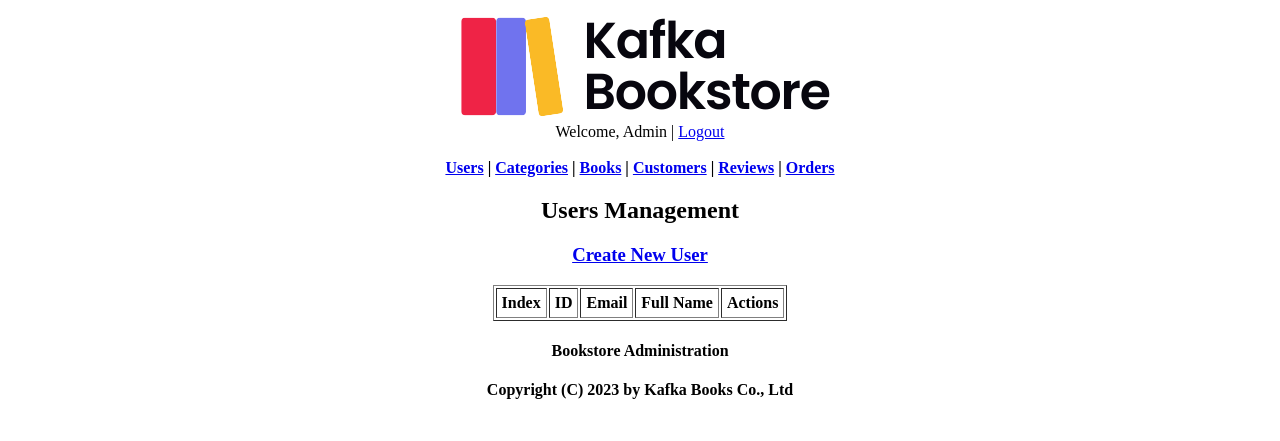
Repository: janvi2502/BookStore
Page: http://localhost/BookStoreWebsite/admin/user_list.jsp
The author's editor kept a copy of each file at every save. The page is drawn from the files as they stood at one save, then again after the next save.
The browser window is 1280 px wide. The pictures show the whole page.
The page is served by Tomcat 10.

Above is the page before, as saved 2023-10-26 10:26:21.

After the next save:
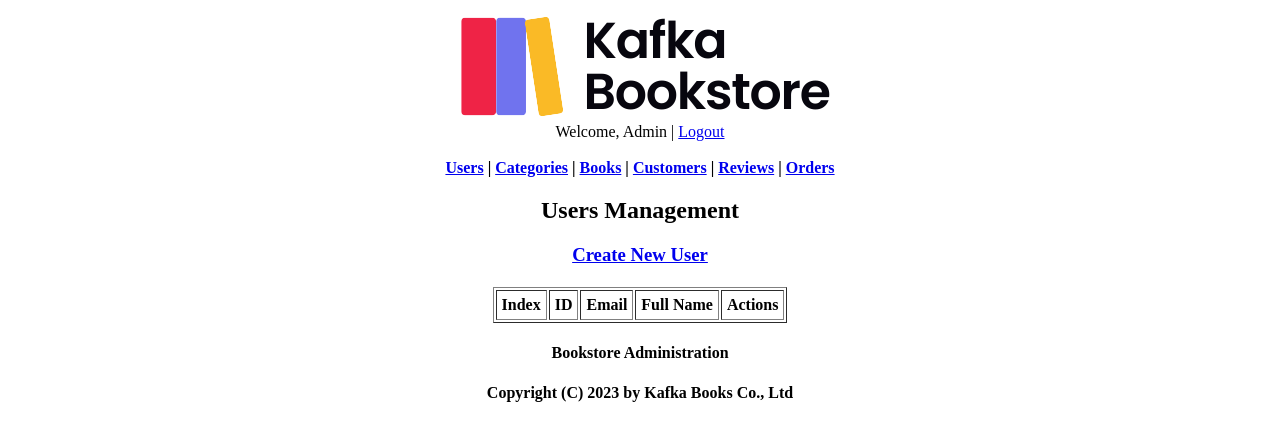
Saved 40 min 22 s later.
--- a/BookStoreWebsite/WebContent/admin/user_list.jsp
+++ b/BookStoreWebsite/WebContent/admin/user_list.jsp
@@ -14,6 +14,10 @@
 		<h3>
 			<a href="user_form.jsp">Create New User</a>
 		</h3>
+	</div>
+
+	<div>
+		<h4>${message}</h4>
 	</div>
 
 	<div align="center">
